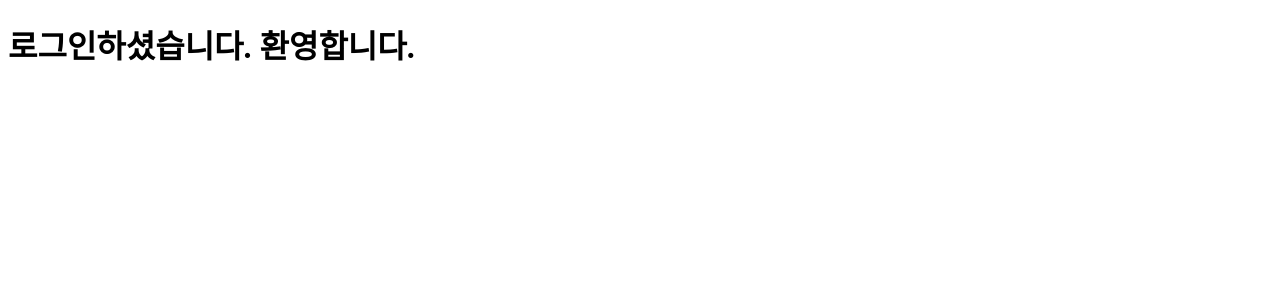
Repository: gowjd4419/jsp
Page: http://localhost/JSPBasic/jspobject/cookie/login_ok.jsp
These files come from the project's save history. The page is drawn as it stood at one moment and after the next save; the edit follows.
The browser window is 1280 px wide. The pictures show the whole page.
The page is served by Tomcat 9.

Above is the page before, as saved 2022-03-29 08:35:56.

After the next save:
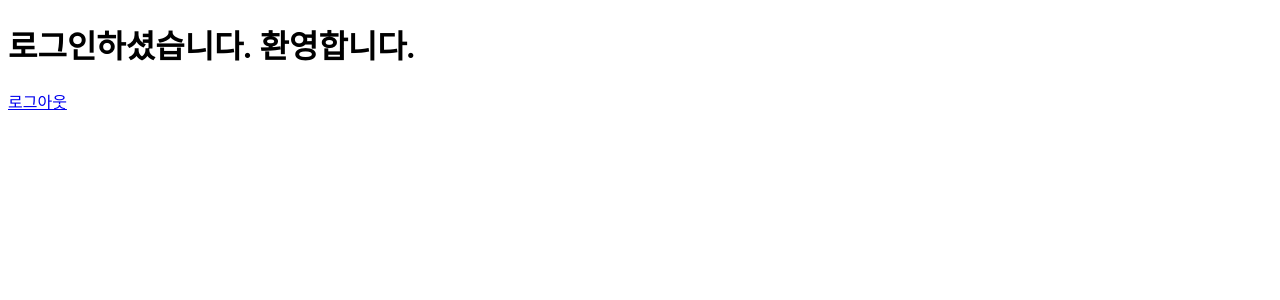
Saved 13 s later.
--- a/JSPBasic/src/main/webapp/jspobject/cookie/login_ok.jsp
+++ b/JSPBasic/src/main/webapp/jspobject/cookie/login_ok.jsp
@@ -8,5 +8,6 @@
 </head>
 <body>
 <h1>로그인하셨습니다. 환영합니다.</h1>
+<a href="http://localhost:8181/JSPBasic/jspobject/cookie/cookie_login.jsp">로그아웃</a>
 </body>
 </html>
